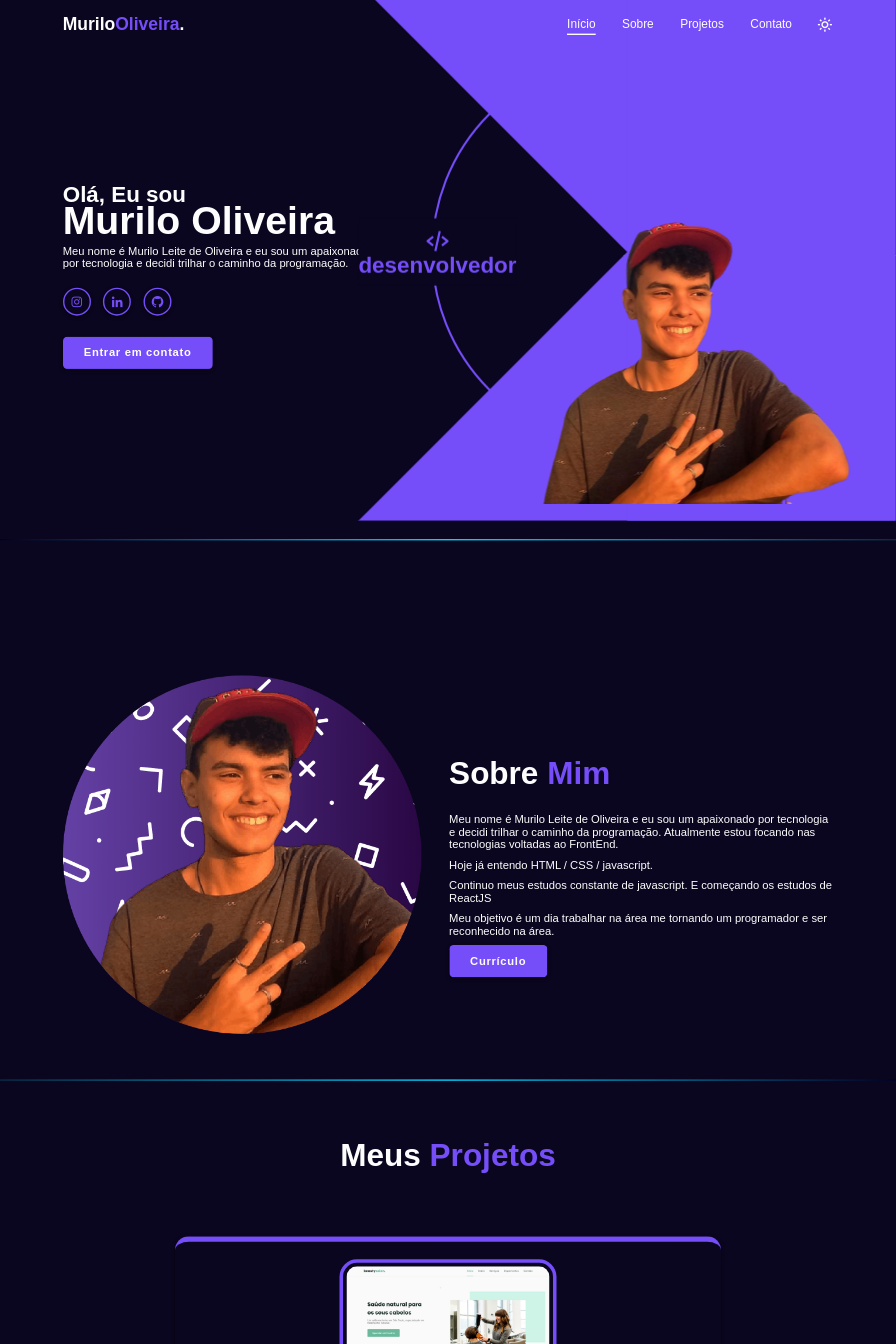
Repository: devMuriloOliveira/Portfolio-
Page: index.html
The author's editor kept a copy of each file at every save. The page is drawn from the files as they stood at one save, then again after the next save.
The browser window is 1280 px wide. The pictures show the part of the page from y = 0 to 1920 px (the page is 3045 px tall), at 70% of full size.
After loading, the first visible `#darkMode-icon` was clicked once.

Above is the page before, as saved 2023-03-15 18:01:46.

After the next save:
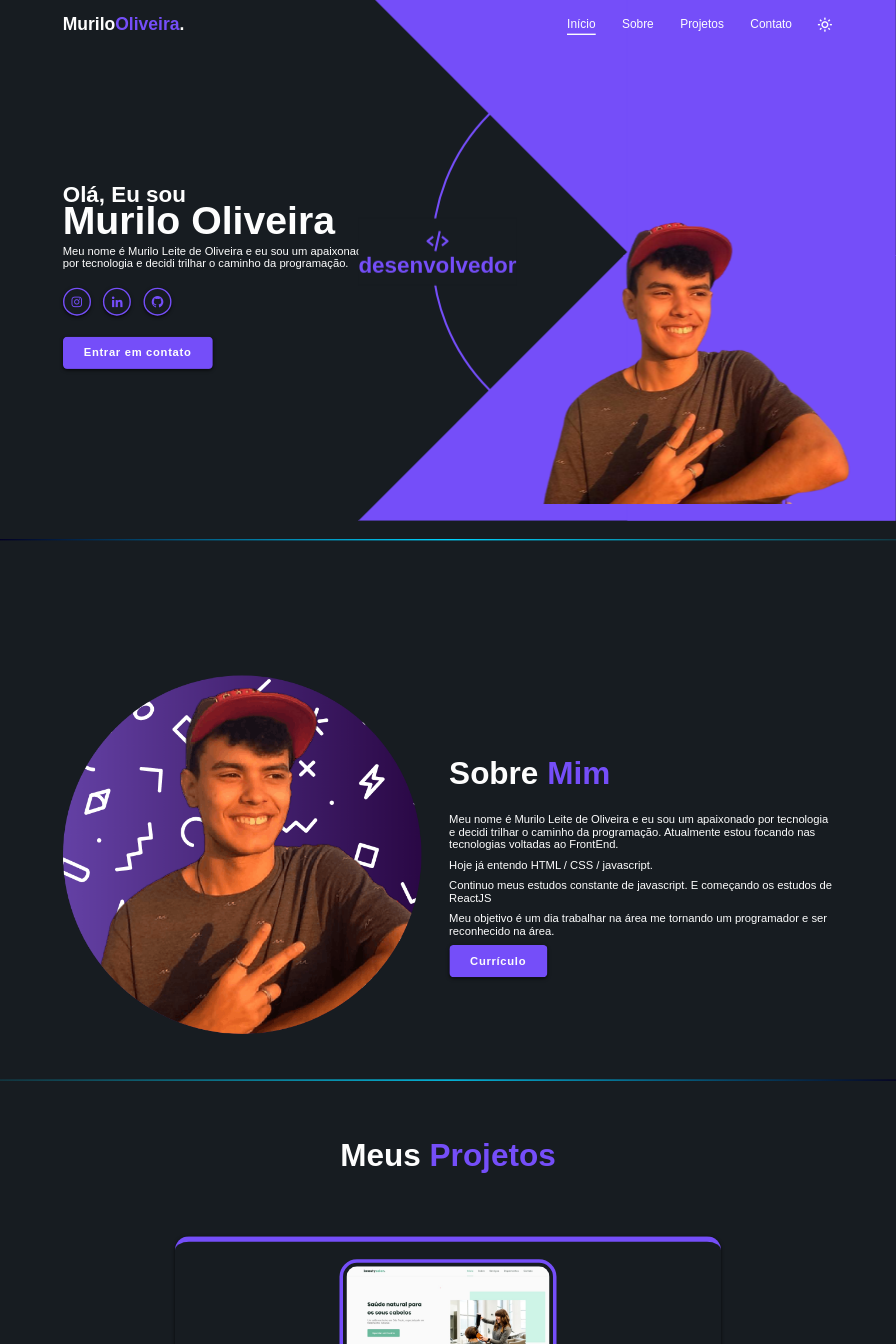
Saved 2 min 9 s later.
--- a/style.css
+++ b/style.css
@@ -19,7 +19,7 @@
 }
 
 .dark-mode{
-  --bg-color: #0b061f;
+  --bg-color: #171c21;
   --text-color: #fdfdfd;
   --shadow-color: rgba(0, 0, 0, .7);
 }
